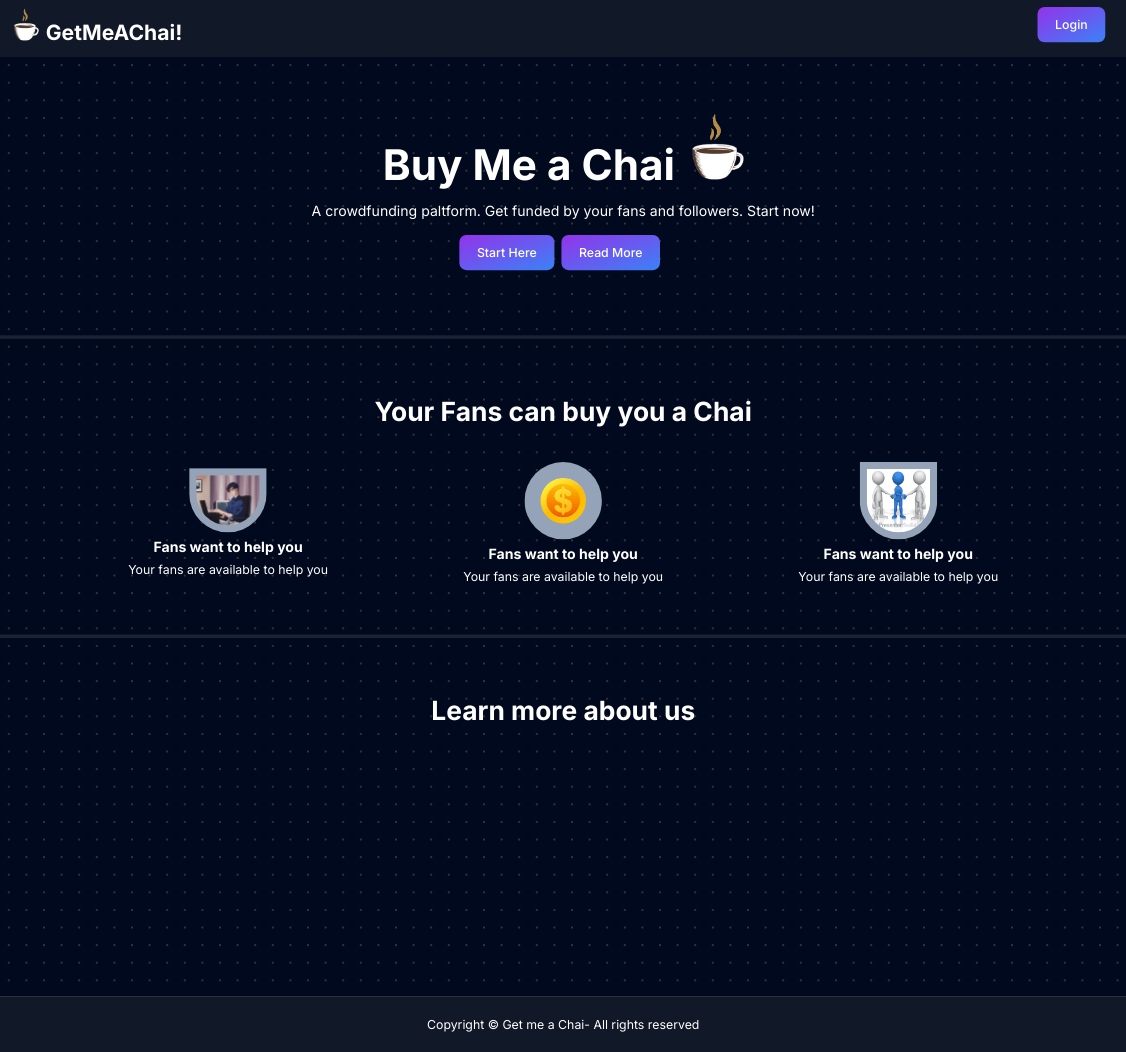
Repository: Jatinbaroliya/TrustPayHub
Page: /
The author's editor kept a copy of each file at every save. The page is drawn from the files as they stood at one save, then again after the next save.
The browser window is 1280 px wide. The pictures show the whole page, at 88% of full size.
Pictures or frames that could not be fetched are drawn as grey boxes. The project was rebuilt for these pictures with package versions that can differ from the ones it lists, and the page was loaded fresh each time. The framework's server and built-in components were replaced by stand-ins that run in the browser. Also part of the build but not shown: next.config.mjs.

Above is the page before, as saved 2024-09-01 00:30:32.

After the next save:
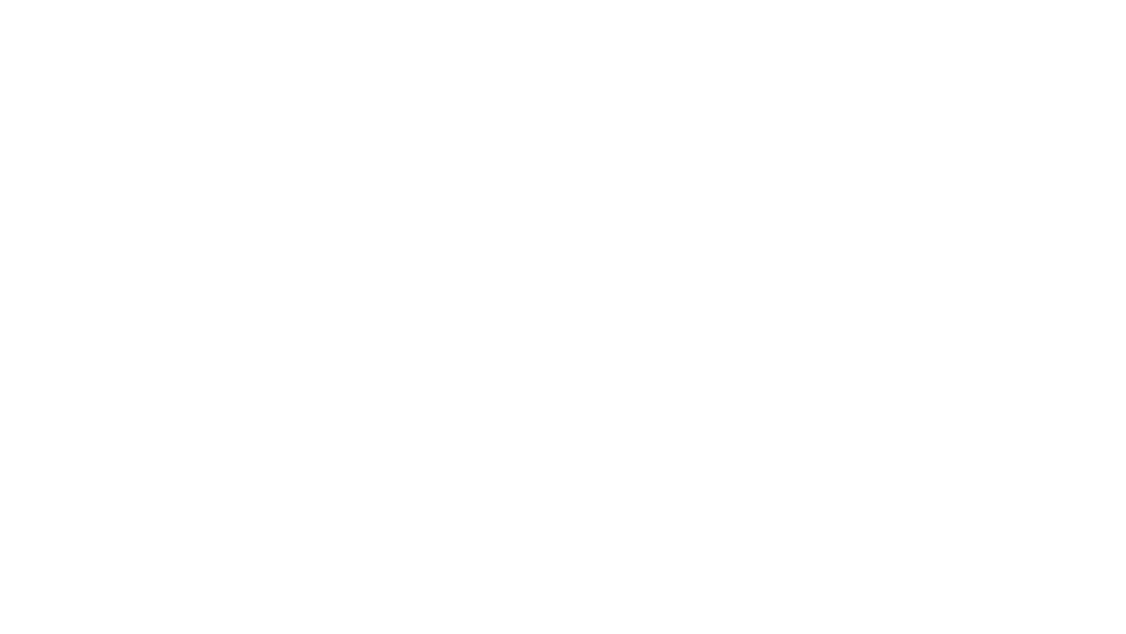
Saved 6 s later.
--- a/app/layout.js
+++ b/app/layout.js
@@ -16,12 +16,7 @@
     <html lang="en">
       <body className={inter.className}>
         <SessionWrapper>
-        <Navbar/>
-        <div className="min-h-[82.3vh] bg-[#000000] bg-[radial-gradient(#ffffff33_1px,#00091d_1px)] bg-[size:20px_20px]">
-        {children}
-        </div>
-        <Footer/>
-        </SessionWrapper>
+                  </SessionWrapper>
       </body>
     </html>
   );

After the 2 saves that followed:
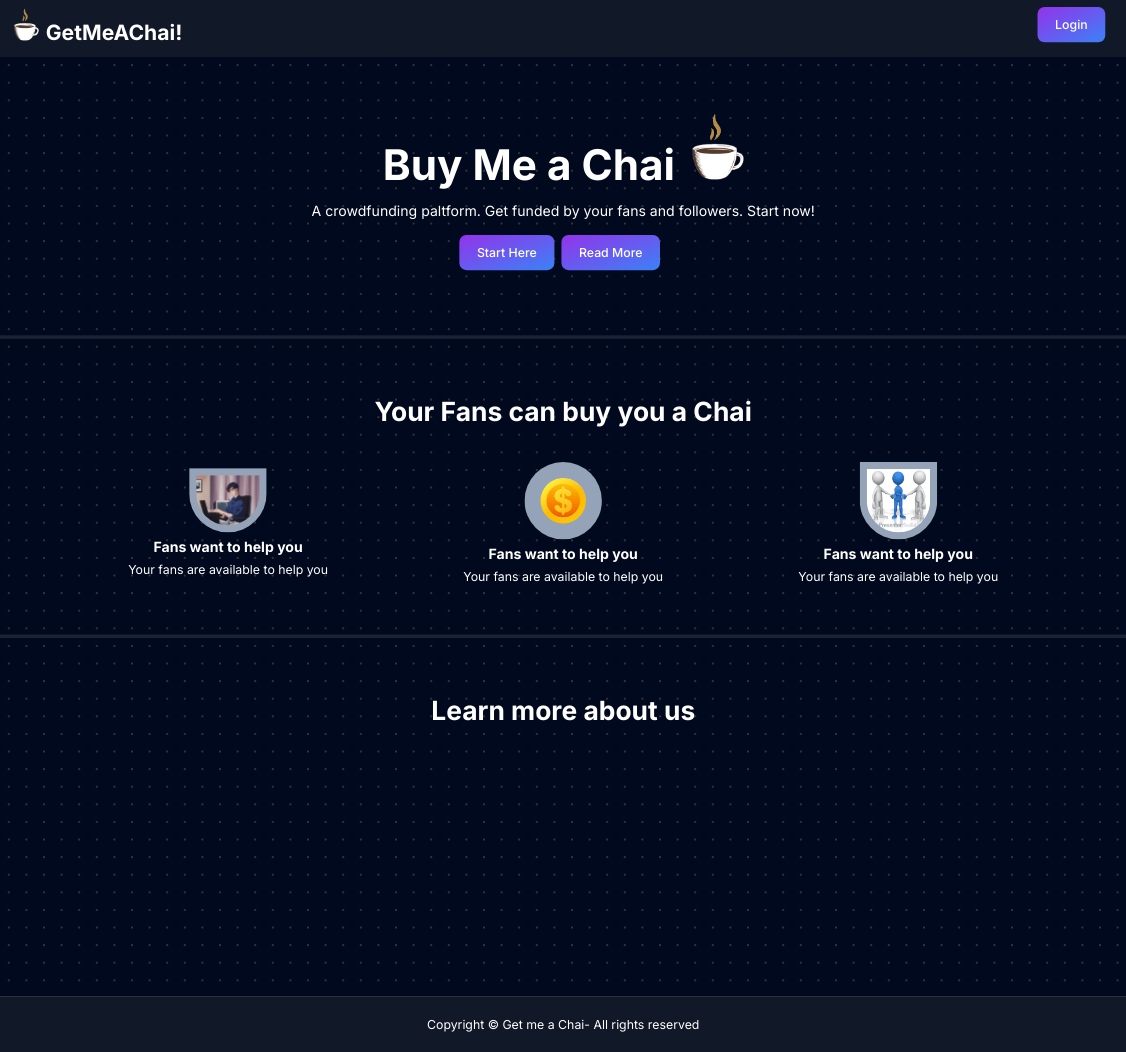
The 2 saves are shown as one change because they came seconds apart.
The last was saved 6 s later.
--- a/app/layout.js
+++ b/app/layout.js
@@ -16,7 +16,12 @@
     <html lang="en">
       <body className={inter.className}>
         <SessionWrapper>
-                  </SessionWrapper>
+        <Navbar/>
+        <div className="min-h-[82.3vh] bg-[#000000] bg-[radial-gradient(#ffffff33_1px,#00091d_1px)] bg-[size:20px_20px]">
+        {children}
+        </div>
+        <Footer/>
+        </SessionWrapper>
       </body>
     </html>
   );
